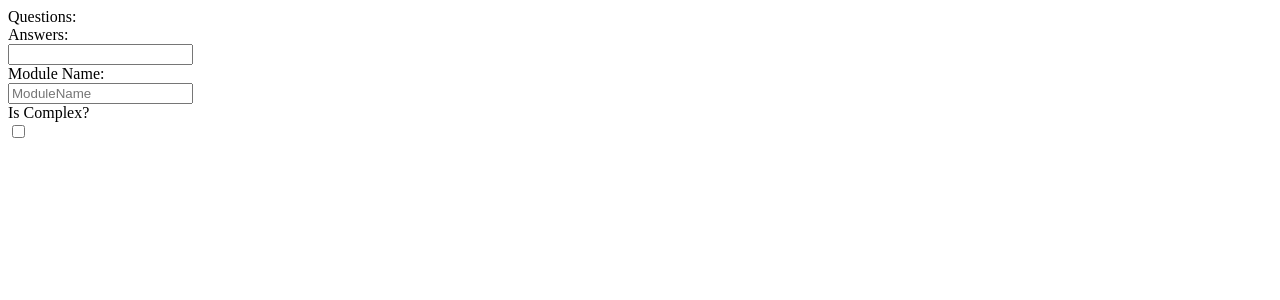
Repository: naldorp/_isa.admin
Page: app/modules/commands/views/_form.html
The author's editor kept a record of every edit. The page is drawn from the files as they stood at one moment, then again after the next edit.
The browser window is 1280 px wide. The pictures show the whole page.

Above is the page before.

After the next edit:
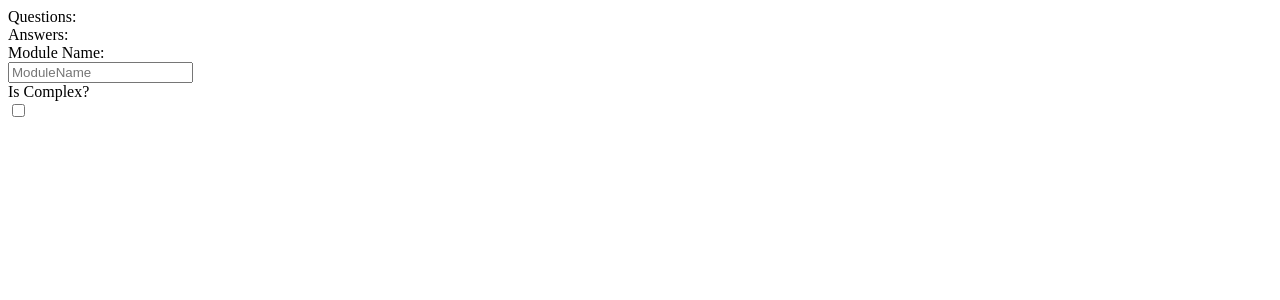
The edit:
--- a/app/modules/commands/views/_form.html
+++ b/app/modules/commands/views/_form.html
@@ -6,7 +6,7 @@
 
     <label>Answers: </label>
     <div class="form-group position-relative">
-        <input type="text" class="form-control tagsinput" ng-model="command.answers"  data-role="tagsinput">
+        <isa-tagmanager tags="command.answers" placeholder="add answers"></isa-tagmanager>
     </div>
 
     <div class="row">
